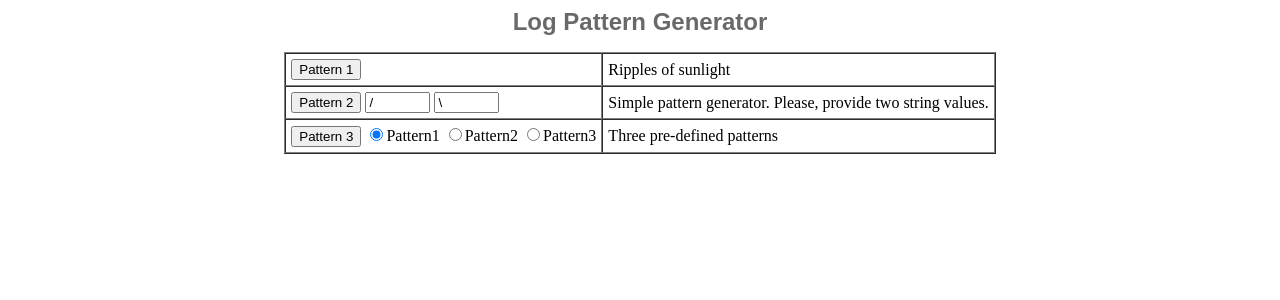
Repository: parkh899/parkh899.github.io
Page: lab/log.html
The author's editor kept a record of every edit. The page is drawn from the files as they stood at one moment, then again after the next edit.
The browser window is 1280 px wide. The pictures show the whole page.
Some web libraries are served in a nearby version.

Above is the page before.

After the next edit:
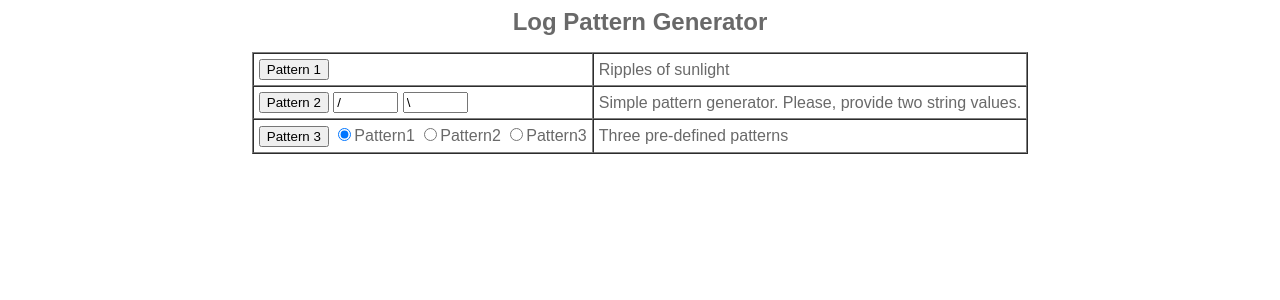
The edit:
--- a/lab/log.html
+++ b/lab/log.html
@@ -4,6 +4,11 @@
 	h1 {
 		color: dimgray;
 		font-size: 24px;
+		font-family: vrinda, arial, "Times New Roman", Times, serif;
+  	}
+
+  	td {
+		color: dimgray;
 		font-family: vrinda, arial, "Times New Roman", Times, serif;
   	}
 </style>
